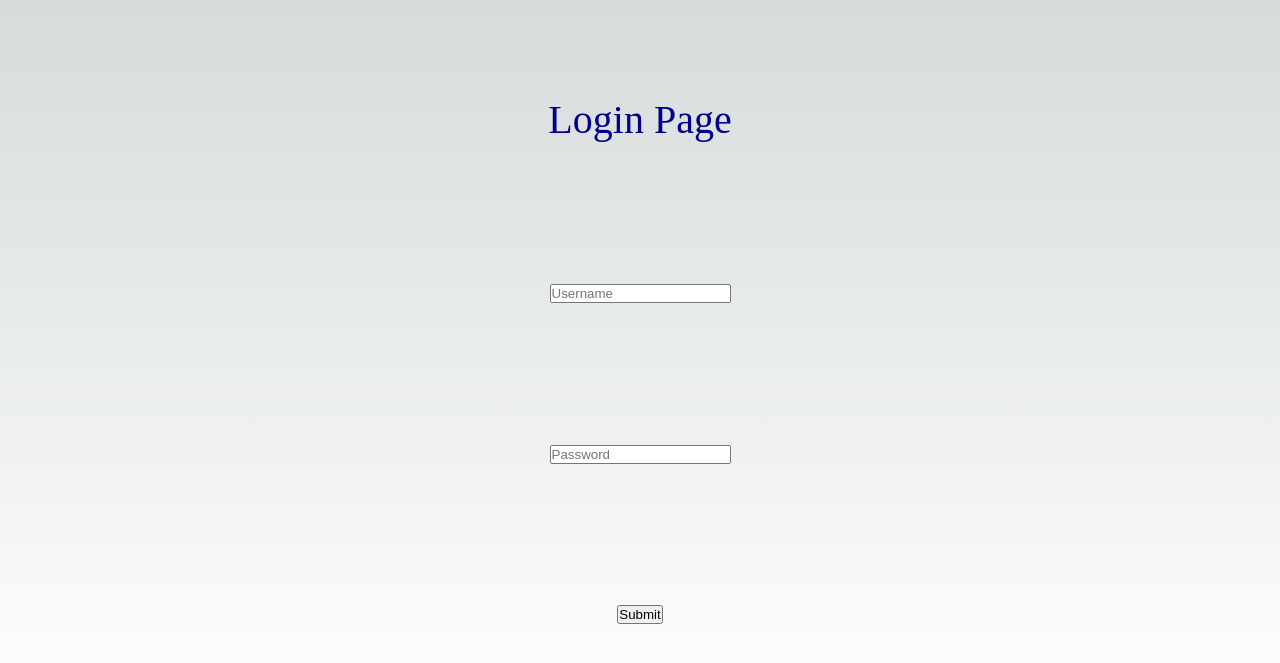
Repository: SaraShio/counter
Page: /
The author's editor kept a copy of each file at every save. The page is drawn from the files as they stood at one save, then again after the next save.
The browser window is 1280 px wide. The pictures show the whole page.
The project was rebuilt for these pictures with package versions that can differ from the ones it lists, and the page was loaded fresh each time. The framework's server and built-in components were replaced by stand-ins that run in the browser. Also part of the build but not shown: next.config.js.

Above is the page before, as saved 2023-01-15 16:52:15.

After the next save:
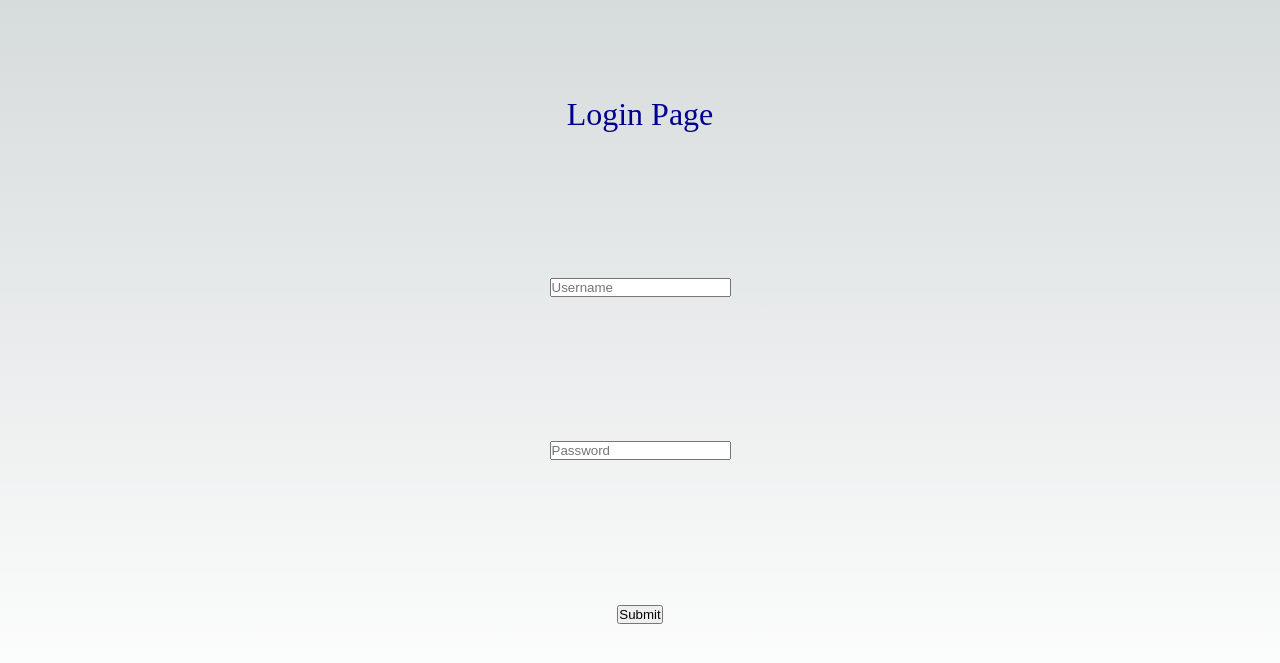
Saved 10 s later.
--- a/styles/Home.module.css
+++ b/styles/Home.module.css
@@ -6,7 +6,7 @@
   padding: 6rem;
   min-height: 100vh;
   color: darkblue;
-  font-size: 40px;
+  font-size: 32px;
 }
 
 .description {
